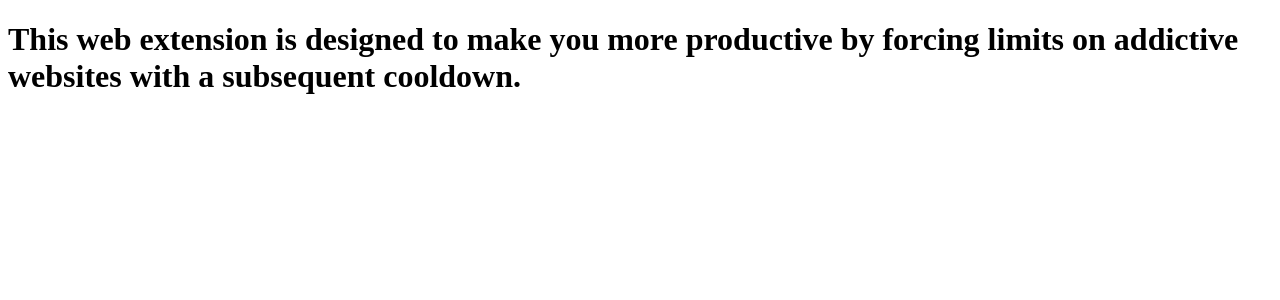
Repository: AndrlmMass/Time-management-chrome-extension
Page: popup.html
These files come from the project's save history. The page is drawn as it stood at one moment and after the next save; the edit follows.
The browser window is 1280 px wide. The pictures show the whole page.

Above is the page before, as saved 2023-08-22 14:55:35.

### popup.html
<!DOCTYPE html>

<body>
    <main>
        <h1>This web extension is designed to make you more productive by forcing limits on addictive websites with a subsequent cooldown.</h1>
    </main>
</body>

After the next save:
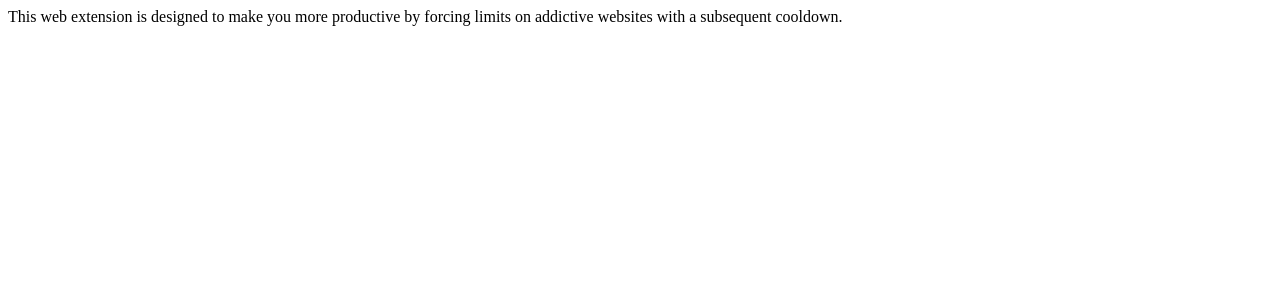
Saved 46 s later.
--- a/popup.html
+++ b/popup.html
@@ -2,6 +2,6 @@
 
 <body>
     <main>
-        <h1>This web extension is designed to make you more productive by forcing limits on addictive websites with a subsequent cooldown.</h1>
+        <text>This web extension is designed to make you more productive by forcing limits on addictive websites with a subsequent cooldown.</h1>
     </main>
 </body>
